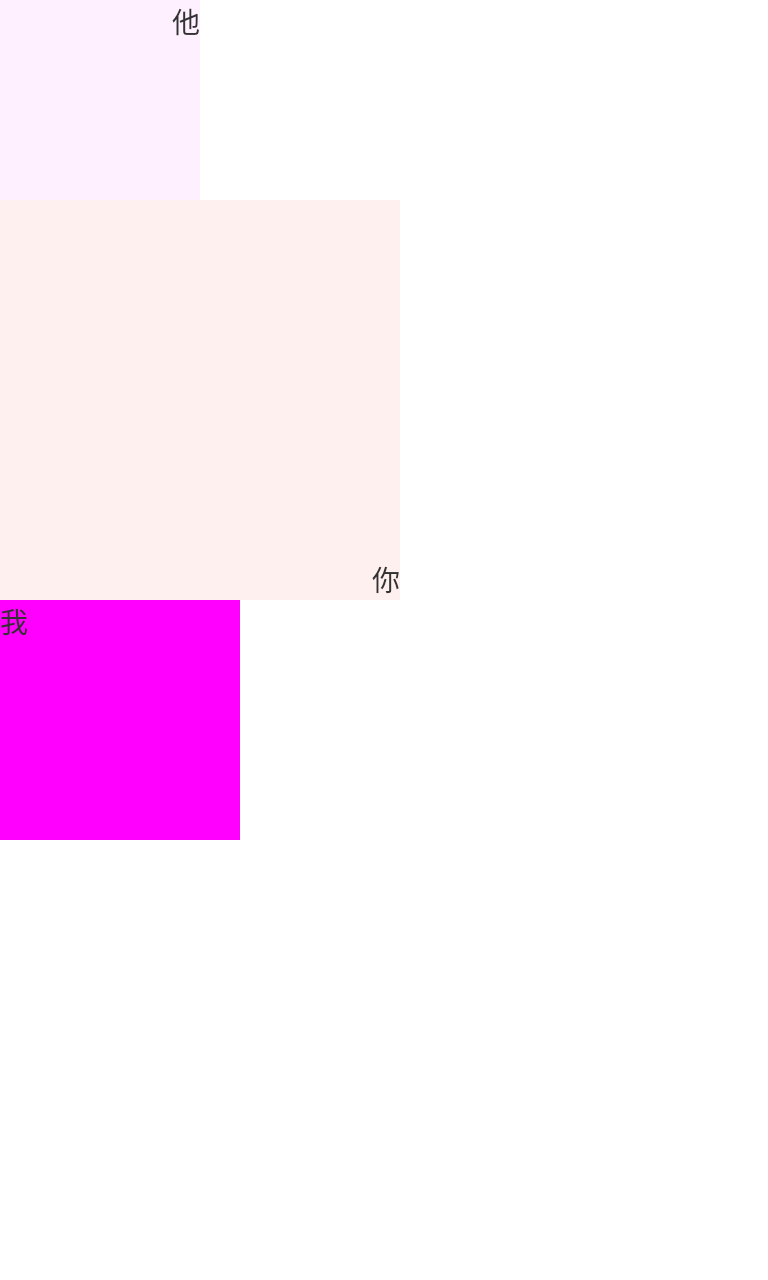
Repository: ling-cen/demo
Layout: Gravity_2/res/layout/activity_linearlayout.xml
An editor plug-in stored every save of this project. The layout is shown before and after the next save, followed by the edit.
It is drawn on a 768 x 1280 px phone screen (xhdpi) without system bars, with theme AppTheme; the app's code is not run.

Above is the layout before, as saved 2018-12-12 03:41:52.

After the next save:
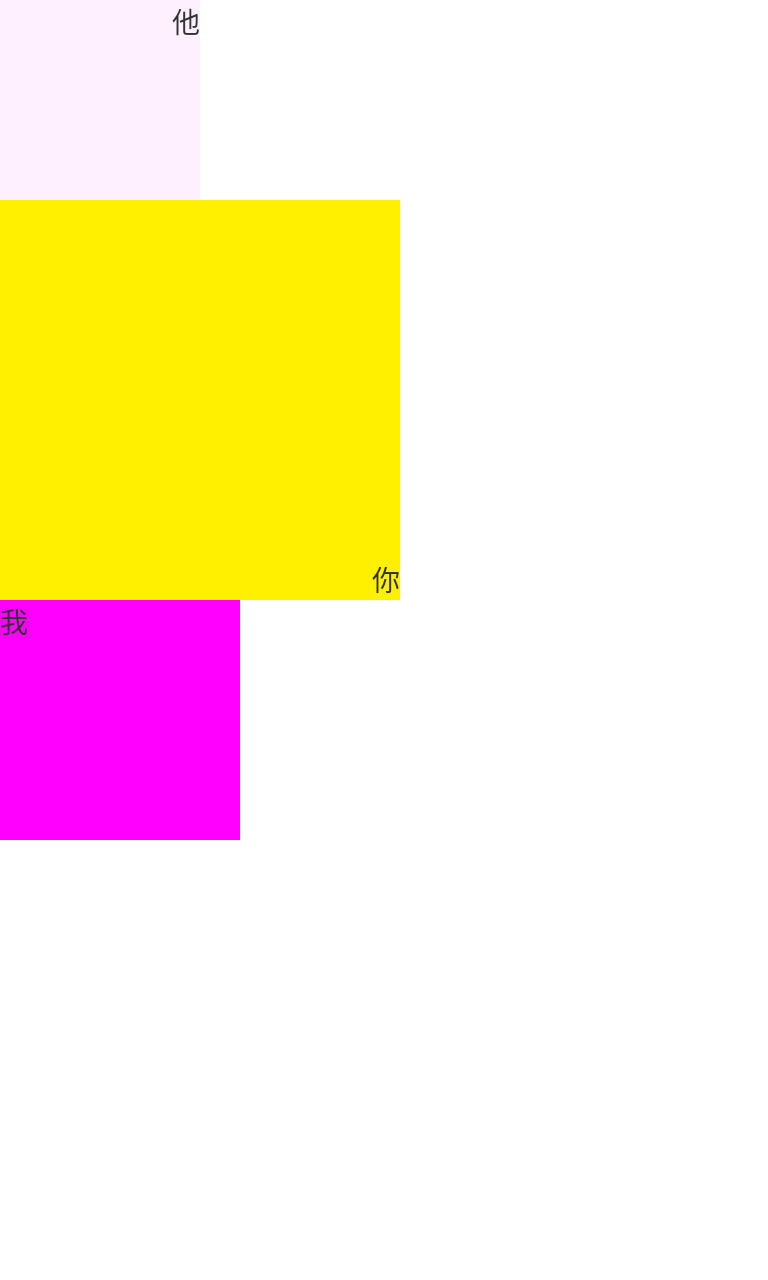
Saved 4 s later.
--- a/Gravity_2/res/layout/activity_linearlayout.xml
+++ b/Gravity_2/res/layout/activity_linearlayout.xml
@@ -15,7 +15,7 @@
         android:layout_height="200dp"
         android:layout_gravity="bottom"
         android:gravity="bottom|right"
-        android:background="#fff0000"
+        android:background="#fff000"
         android:text="你"
         />
     <TextView
